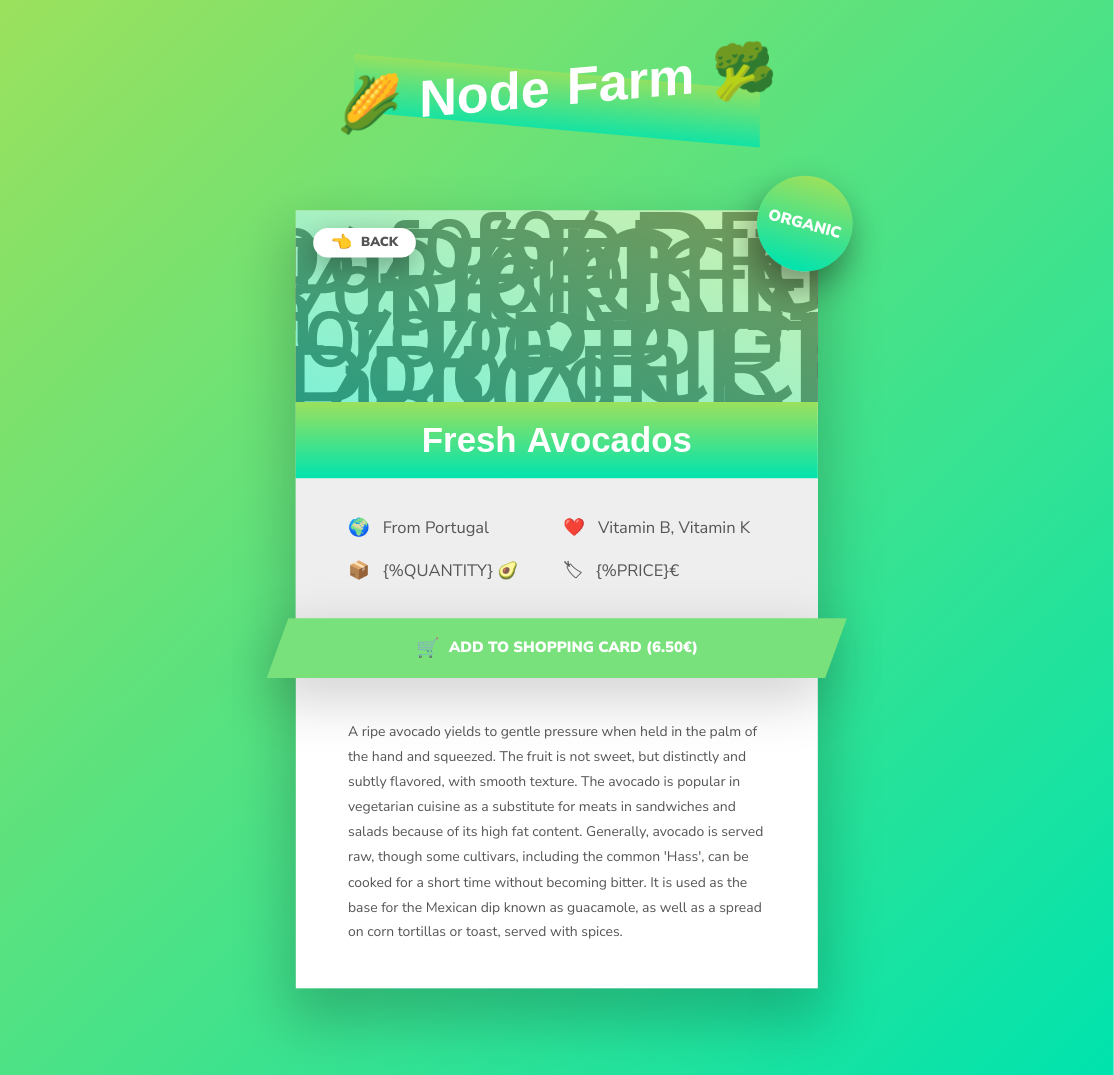
Repository: 13-Joban/Node_Farm_Backend
Page: templates/product.html
These files come from the project's save history. The page is drawn as it stood at one moment and after the next save; the edit follows.
The browser window is 1280 px wide. The pictures show the whole page, at 87% of full size.
Some web fonts or font styles are not loaded; a fallback is used.

Above is the page before, as saved 2022-07-16 16:59:42.

### templates/product.html
<!DOCTYPE html>
<html lang="en">
  <head>
    <meta charset="UTF-8" />
    <meta name="viewport" content="width=device-width, initial-scale=1.0" />
    <meta http-equiv="X-UA-Compatible" content="ie=edge" />
    <link
      href="https://fonts.googleapis.com/css?family=Megrim|Nunito+Sans:400,900"
      rel="stylesheet"
    />
    <link
      rel="icon"
      href="https://emojipedia-us.s3.dualstack.us-west-1.amazonaws.com/thumbs/240/apple/155/ear-of-maize_1f33d.png"
    />

    <title>Fresh Avocados 🥑 /// NODE FARM</title>

    <style>
      *,
      *::before,
      *::after {
        margin: 0;
        padding: 0;
        box-sizing: inherit;
      }

      html {
        font-size: 62.5%;
        box-sizing: border-box;
      }

      body {
        padding: 5rem 5rem 10rem;
        line-height: 1.7;
        font-family: 'Nunito Sans', sans-serif;
        color: #555;
        min-height: 100vh;
        background: linear-gradient(to bottom right, #9be15d, #00e3ae);
      }

      h1 {
        font-family: 'Megrim', sans-serif;
        font-size: 6rem;
        color: white;
        transform: skewY(-5deg);
        text-align: center;
        position: relative;
        word-spacing: 3px;
      }

      h1::before {
        content: '';
        display: block;
        height: 65%;
        width: 49%;
        position: absolute;
        top: 105%;
        left: 50%;
        background: linear-gradient(to bottom, #9be15d, #00e3ae);
        opacity: 0.8;
        z-index: -1;
        transform: skewY(370deg) translate(-50%, -50%);
      }

      .container {
        width: 95rem;
        margin: 0 auto;
      }

      .product {
        width: 60rem;
        margin: 0 auto;
        margin-top: 9rem;
        background: white;
        box-shadow: 0 3rem 6rem 1rem rgba(0, 0, 0, 0.2);
        position: relative;
      }

      .product__hero {
        position: relative;
        height: 22rem;
        overflow: hidden;
      }

      .product__hero::before {
        content: '';
        display: block;
        height: 100%;
        width: 100%;
        position: absolute;
        top: 0;
        left: 0;
        background-image: linear-gradient(to left bottom, #9be15d, #00e3ae);
        opacity: 0.5;
        z-index: 100;
      }

      .product__emoji {
        font-size: 15rem;
        position: absolute;
      }

      .product__emoji--1 {
        top: -4rem;
        left: -2rem;
        z-index: 10;
      }

      .product__emoji--2 {
        top: -6rem;
        left: 9rem;
      }

      .product__emoji--3 {
        top: -4rem;
        right: 15rem;
      }

      .product__emoji--4 {
        top: -5rem;
        right: 2rem;
        z-index: 10;
      }

      .product__emoji--5 {
        bottom: -9rem;
        left: 18rem;
      }

      .product__emoji--6 {
        bottom: -8rem;
        left: 5rem;
      }

      .product__emoji--7 {
        bottom: -12rem;
        right: 14rem;
      }

      .product__emoji--8 {
        bottom: -8rem;
        right: -2rem;
      }

      .product__emoji--9 {
        top: -7rem;
        left: 19rem;
      }

      .product__organic {
        position: absolute;
        top: -4rem;
        right: -4rem;
        z-index: 1000;
        height: 11rem;
        width: 11rem;
        background-image: linear-gradient(to bottom, #9be15d, #00e3ae);
        border-radius: 50%;
        transform: rotate(15deg);
        box-shadow: 0 2rem 4rem rgba(0, 0, 0, 0.4);
        display: flex;
        align-items: center;
        justify-content: center;
      }

      .product__organic h5 {
        font-weight: 900;
        text-transform: uppercase;
        font-size: 1.8rem;
        color: white;
      }

      .product__back:link,
      .product__back:visited {
        position: absolute;
        top: 2rem;
        left: 2rem;
        font-size: 1.5rem;
        font-weight: 700;
        text-transform: uppercase;
        text-decoration: none;
        z-index: 1000;
        color: #555;
        background-color: white;
        box-shadow: 0 1rem 3rem rgba(0, 0, 0, 0.3);
        border-radius: 100rem;
        padding: 0 2rem;
        transition: all 0.3s;
        display: flex;
        align-items: center;
      }

      .product__back:hover,
      .product__back:active {
        background-color: #79e17b;
      }

      .product__name {
        background: linear-gradient(to bottom, #9be15d, #00e3ae);
        padding: 1rem;
        font-family: 'Megrim', sans-serif;
        font-size: 4rem;
        color: white;
        text-align: center;
        word-spacing: 2px;
      }

      .product__details {
        background-color: #eee;
        padding: 4rem 6rem;
        font-size: 1.9rem;
        display: grid;
        grid-template-columns: 1fr 1fr;
        grid-gap: 1.5rem;
      }

      .product__description {
        padding: 5rem 6rem;
        font-size: 1.6rem;
        line-height: 1.8;
      }

      .product__link:link,
      .product__link:visited {
        display: block;
        background-color: #79e17b;
        color: white;
        font-size: 1.6rem;
        font-weight: 700;
        text-transform: uppercase;
        text-decoration: none;
        padding: 1.5rem;
        text-align: center;
        transform: scale(1.07) skewX(-20deg);
        box-shadow: 0 2rem 6rem rgba(0, 0, 0, 0.2);
        display: flex;
        align-items: center;
        justify-content: center;
        transition: all 0.3s;
      }

      .product__link:hover,
      .product__link:active {
        background-color: #9be15d;
        transform: scale(1.1) skewX(-20deg);
      }

      .product__link span {
        transform: skewX(20deg);
      }

      .emoji-left {
        font-size: 2rem;
        margin-right: 1rem;
      }

      .emoji-right {
        font-size: 2rem;
        margin-left: 1rem;
      }

      .not-organic {
        display: none;
      }
    </style>
  </head>

  <body>
    <div class="container">
      <h1>🌽 Node Farm 🥦</h1>

      <figure class="product">
        <div class="product__organic"><h5>Organic</h5></div>
        <a href="#" class="product__back">
          <span class="emoji-left">👈</span>Back
        </a>
        <div class="product__hero">
          <span class="product__emoji product__emoji--1">{%PRICE}</span>
          <span class="product__emoji product__emoji--2">{%PRICE}</span>
          <span class="product__emoji product__emoji--3">{%PRICE}</span>
          <span class="product__emoji product__emoji--4">{%PRICE}</span>
          <span class="product__emoji product__emoji--5">{%PRICE}</span>
          <span class="product__emoji product__emoji--6">{%PRICE}</span>
          <span class="product__emoji product__emoji--7">{%PRICE}</span>
          <span class="product__emoji product__emoji--8">{%PRICE}</span>
          <span class="product__emoji product__emoji--9">{%PRICE}</span>
        </div>
        <h2 class="product__name">Fresh Avocados</h2>
        <div class="product__details">
          <p><span class="emoji-left">🌍</span> From Portugal</p>
          <p><span class="emoji-left">❤️</span> Vitamin B, Vitamin K</p>
          <p><span class="emoji-left">📦</span> {%QUANTITY} 🥑</p>
          <p><span class="emoji-left">🏷</span> {%PRICE}€</p>
        </div>

        <a href="#" class="product__link">
          <span class="emoji-left">🛒</span>
          <span>Add to shopping card (6.50€)</span>
        </a>

        <p class="product__description">
          A ripe avocado yields to gentle pressure when held in the palm of the
          hand and squeezed. The fruit is not sweet, but distinctly and subtly
          flavored, with smooth texture. The avocado is popular in vegetarian
          cuisine as a substitute for meats in sandwiches and salads because of
          its high fat content. Generally, avocado is served raw, though some
          cultivars, including the common 'Hass', can be cooked for a short time
          without becoming bitter. It is used as the base for the Mexican dip
          known as guacamole, as well as a spread on corn tortillas or toast,
          served with spices.
        </p>
      </figure>

    </div>
  </body>
</html>

After the next save:
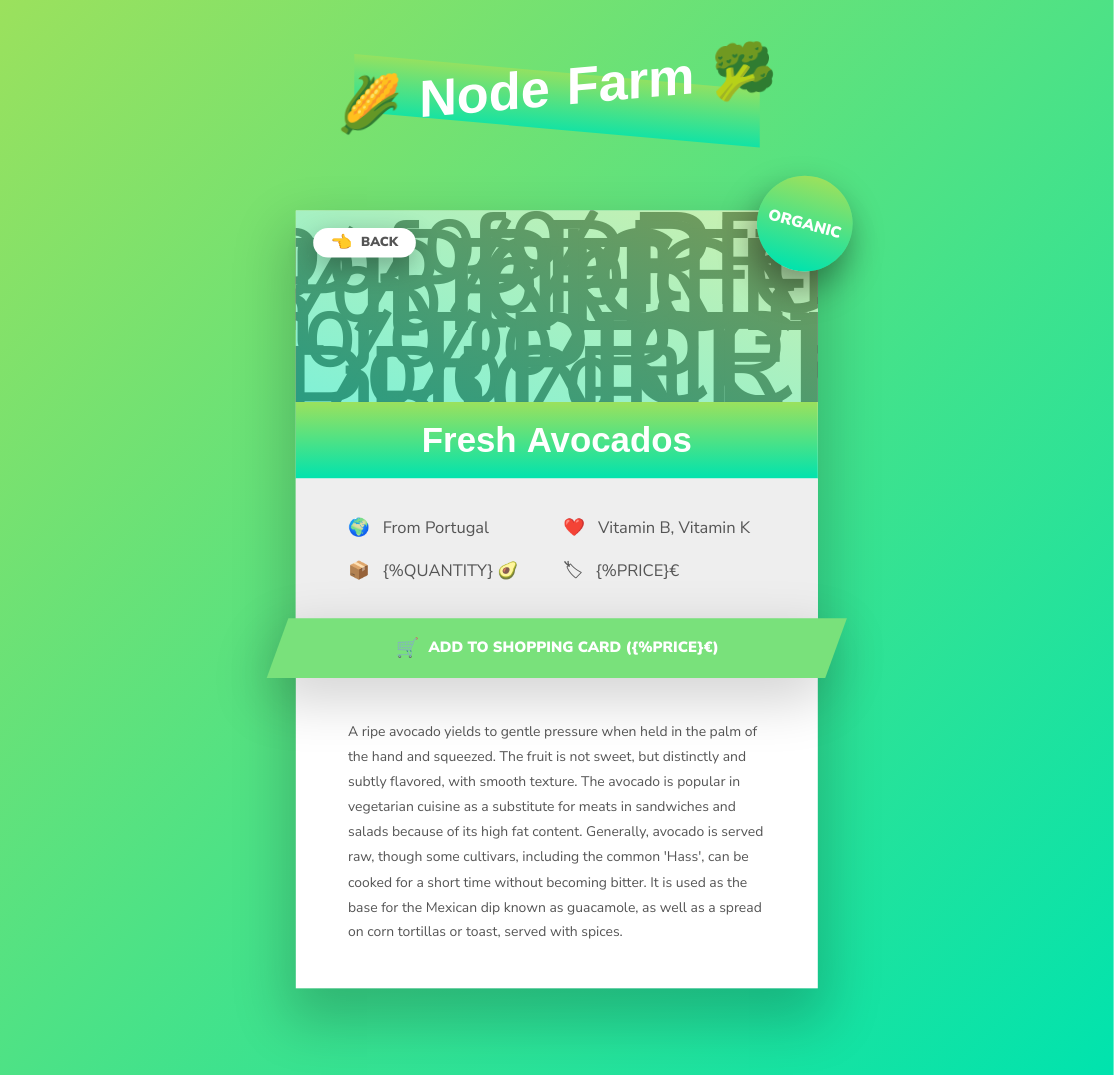
Saved 15 s later.
--- a/templates/product.html
+++ b/templates/product.html
@@ -295,7 +295,7 @@
 
         <a href="#" class="product__link">
           <span class="emoji-left">🛒</span>
-          <span>Add to shopping card (6.50€)</span>
+          <span>Add to shopping card ({%PRICE}€)</span>
         </a>
 
         <p class="product__description">
